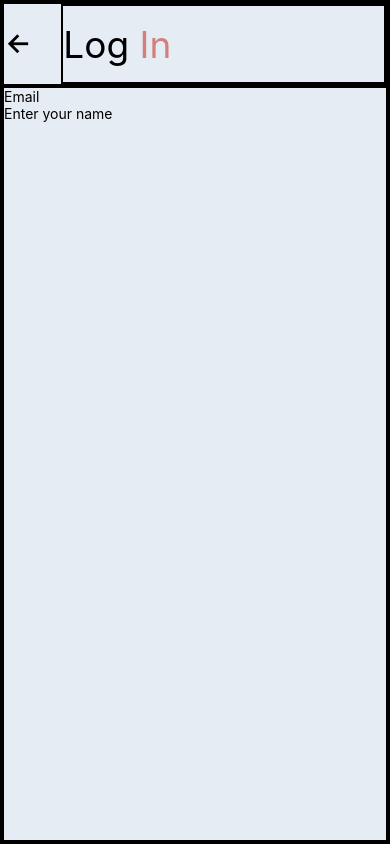
Repository: kgayathridevi/pregband
Screen: /
The author's editor kept a copy of each file at every save. The screen is drawn from the files as they stood at one save, then again after the next save.
The app was drawn by React Native's web renderer in a window 390 px wide. The project was rebuilt for these pictures with package versions that can differ from the ones it lists, and the page was loaded fresh each time. Also part of the build but not shown: component/SignUpScreen.jsx, component/Home.jsx.

Above is the screen before, as saved 2023-04-28 15:05:35.

After the next save:
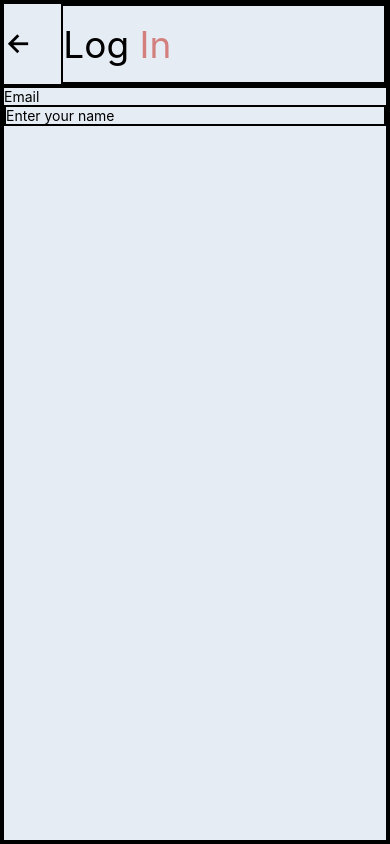
Saved 32 s later.
--- a/component/LogInScreen.jsx
+++ b/component/LogInScreen.jsx
@@ -26,7 +26,7 @@ const LogInScreen = ({ navigation }) => {
       <View style={styles.mainContainer}>
         <View style={styles.inputContainer}>
           <Text>Email</Text>
-          <TextInput placeholder="Enter your name" />
+          <TextInput style={styles.textInp} placeholder="Enter your name" />
         </View>
         <View></View>
       </View>
@@ -70,4 +70,7 @@ const styles = StyleSheet.create({
     height: "90%",
   },
   inputContainer: {},
+  textInp: {
+    borderWidth: 2,
+  },
 });
